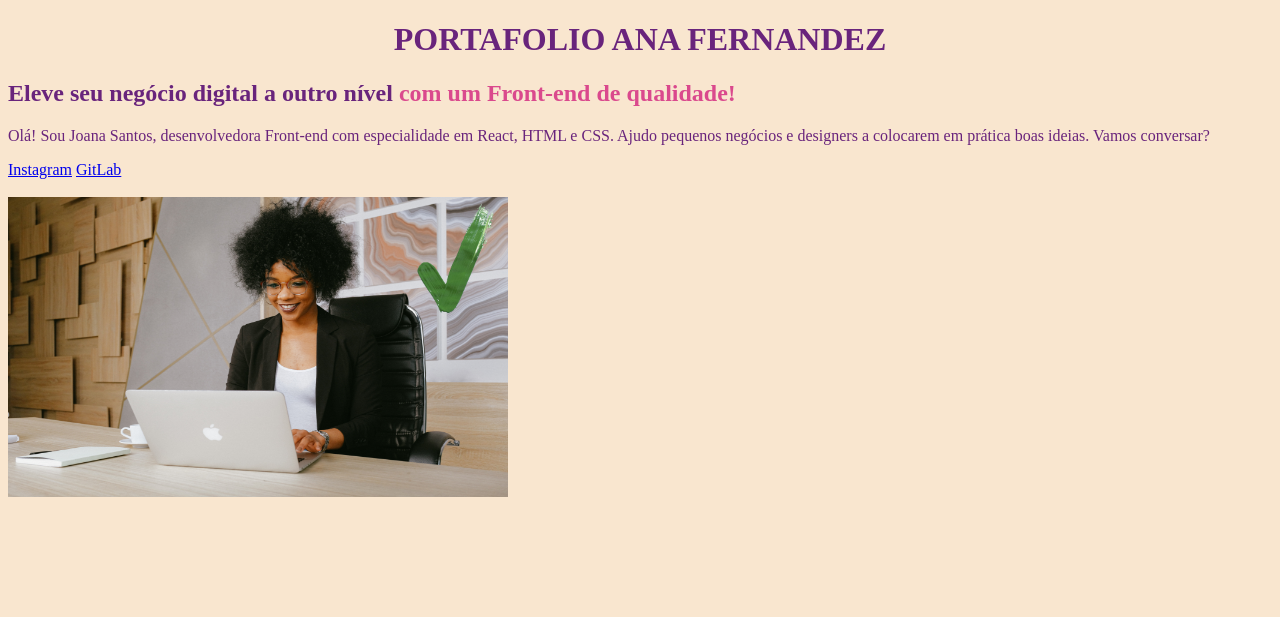
Repository: AnaFzCz/PROYECTOS-HTML---CSS2
Page: Portafolio/index.html
The author's editor kept a copy of each file at every save. The page is drawn from the files as they stood at one save, then again after the next save.
The browser window is 1280 px wide. The pictures show the whole page.

Above is the page before, as saved 2025-01-22 13:41:11.

After the next save:
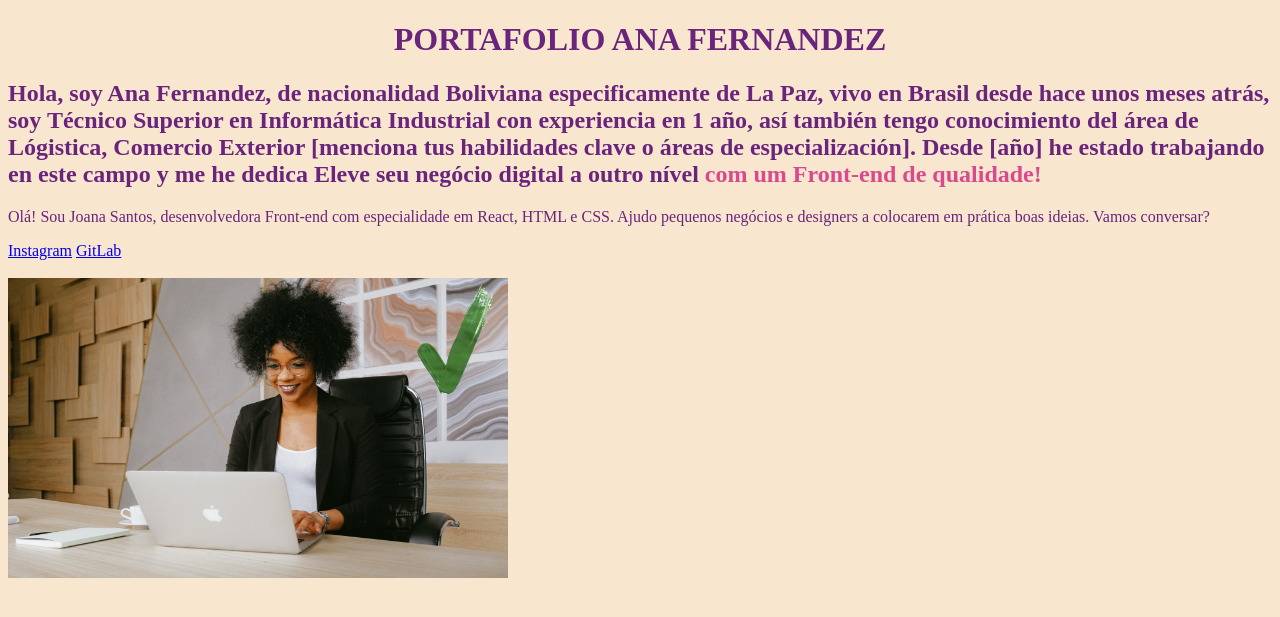
Saved 9 min 53 s later.
--- a/Portafolio/index.html
+++ b/Portafolio/index.html
@@ -13,7 +13,9 @@
     </header>
     <main>
         <h1 style="text-align: center;">PORTAFOLIO ANA FERNANDEZ</h1>
-        <h2>Eleve seu negócio digital a outro nível <span>com um Front-end de qualidade!</span></h2>
+        <h2>Hola, soy Ana Fernandez, de nacionalidad Boliviana especificamente de La Paz, vivo en Brasil desde hace unos meses atrás, soy Técnico Superior en Informática Industrial con experiencia en 1 año, así también tengo conocimiento del área de Lógistica, Comercio Exterior  [menciona tus habilidades clave o áreas de especialización]. Desde [año] he estado trabajando en este campo y me he dedica
+
+            Eleve seu negócio digital a outro nível <span>com um Front-end de qualidade!</span></h2>
         <p>Olá! Sou Joana Santos, desenvolvedora Front-end com especialidade em React, HTML e CSS. Ajudo pequenos negócios e designers a colocarem em prática boas ideias. Vamos conversar?</p>
 
         <div >
